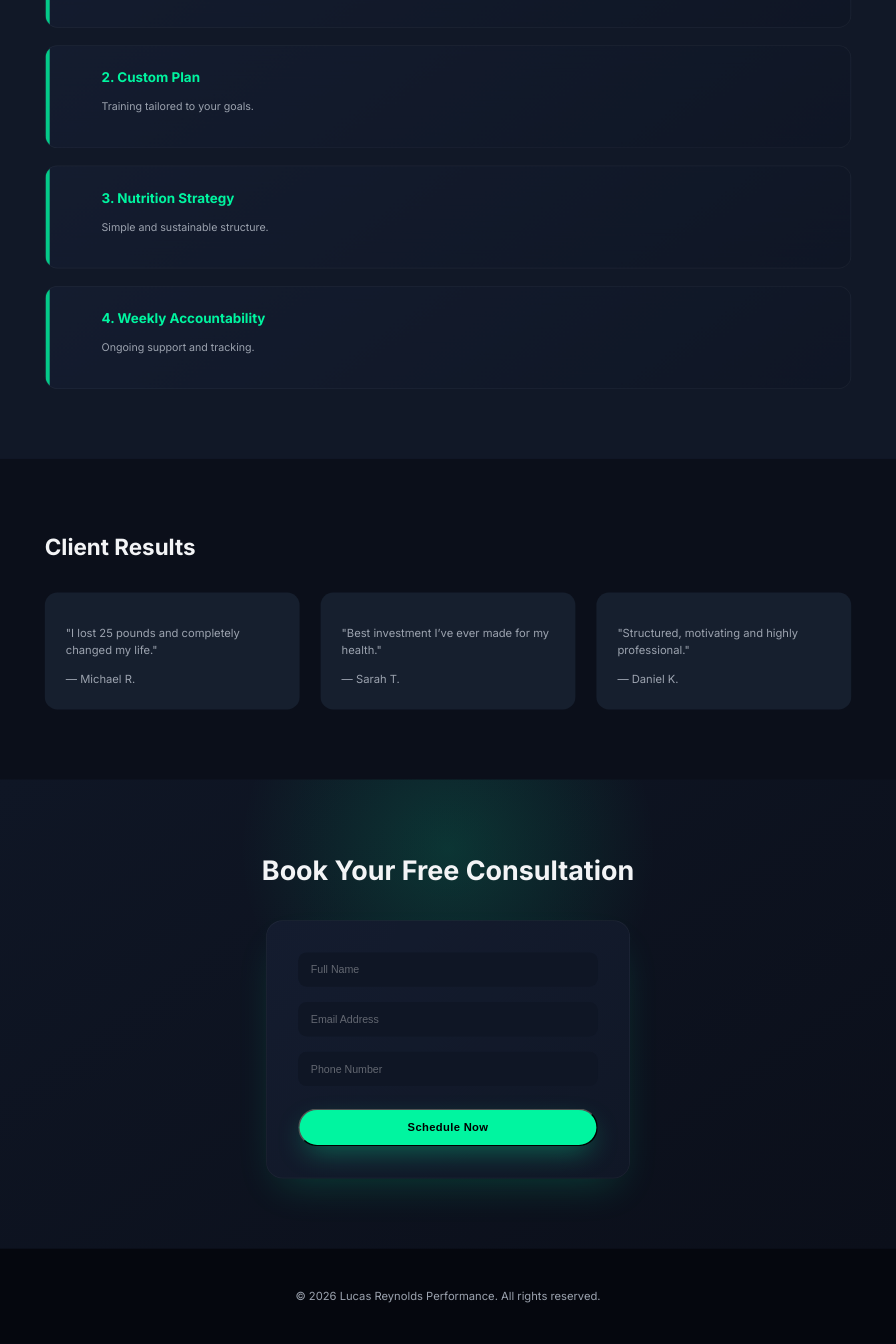
Repository: davidfsillva/Landing-page-pro
Page: index.html
The author's editor kept a copy of each file at every save. The page is drawn from the files as they stood at one save, then again after the next save.
The browser window is 1280 px wide. The pictures show the part of the page from y = 1491 to 3411 px (the page is 3411 px tall before and 3275 px after), at 70% of full size.

Above is the page before, as saved 2026-02-25 19:07:28.

After the next save:
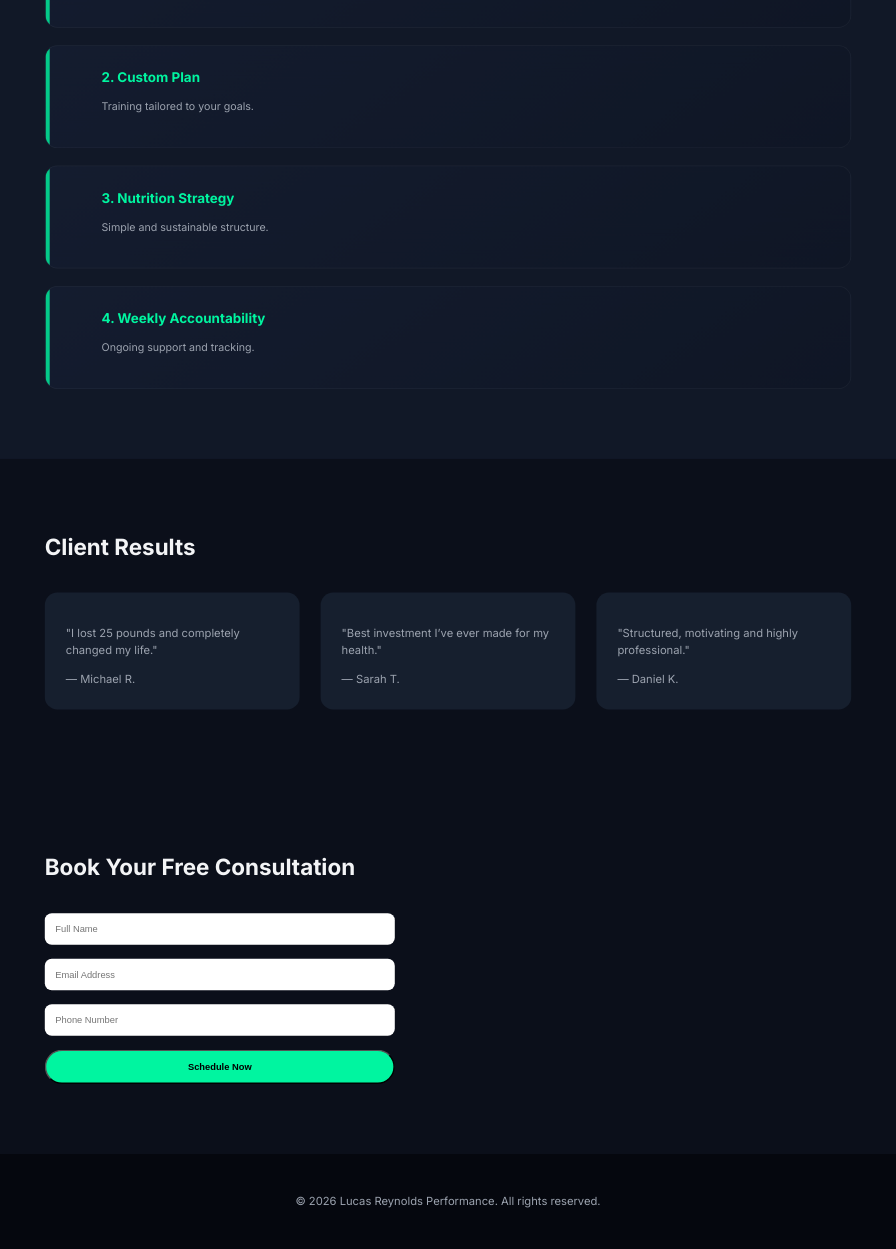
Saved 25 s later.
--- a/style.css
+++ b/style.css
@@ -265,97 +265,7 @@ p {
     border: none;
 }
 
-/* ===============================
-   CTA SECTION PREMIUM
-=================================*/
-
-.cta {
-    position: relative;
-    background: linear-gradient(145deg, #0F1625, #0B0F1A);
-    text-align: center;
-    overflow: hidden;
-}
-
-/* Glow de fundo */
-.cta::before {
-    content: "";
-    position: absolute;
-    width: 600px;
-    height: 600px;
-    background: radial-gradient(circle, rgba(0,245,160,0.15), transparent 70%);
-    top: -200px;
-    left: 50%;
-    transform: translateX(-50%);
-    z-index: 0;
-}
-
-.cta .container {
-    position: relative;
-    z-index: 2;
-}
-
-.cta h2 {
-    font-size: clamp(1.8rem, 3vw, 2.4rem);
-    margin-bottom: 20px;
-}
-
-.cta p {
-    color: var(--muted);
-    margin-bottom: 40px;
-}
-
-/* FORM CARD */
-.form {
-    max-width: 520px;
-    margin: 40px auto 0;
-    padding: 45px;
-    background: linear-gradient(145deg, #141C2F, #101726);
-    border-radius: 24px;
-    border: 1px solid rgba(255,255,255,0.05);
-    box-shadow: 0 25px 60px -20px rgba(0,245,160,0.2);
-    display: grid;
-    gap: 22px;
-    transition: 0.35s ease;
-}
-
-.form:hover {
-    transform: translateY(-6px);
-    box-shadow: 0 35px 70px -20px rgba(0,245,160,0.3);
-}
-
-/* INPUTS */
-.form input {
-    background: #0F1625;
-    padding: 16px 18px;
-    border-radius: 12px;
-    color: var(--text);
-    font-size: 0.95rem;
-    outline: none;
-    transition: 0.3s ease;
-}
-
-.form input::placeholder {
-    color: rgba(255,255,255,0.35);
-}
-
-.form input:focus {
-    border-color: var(--accent);
-    box-shadow: 0 0 0 3px rgba(0,245,160,0.15);
-}
-
-/* BOTÃO MAIS FORTE */
-.form .btn-primary {
-    margin-top: 10px;
-    padding: 16px;
-    font-size: 1rem;
-    letter-spacing: 0.5px;
-    box-shadow: 0 15px 40px -10px rgba(0,245,160,0.4);
-}
-
-.form .btn-primary:hover {
-    transform: translateY(-4px);
-    box-shadow: 0 25px 50px -10px rgba(0,245,160,0.5);
-}
+
 
 /* FOOTER */
 .footer {
